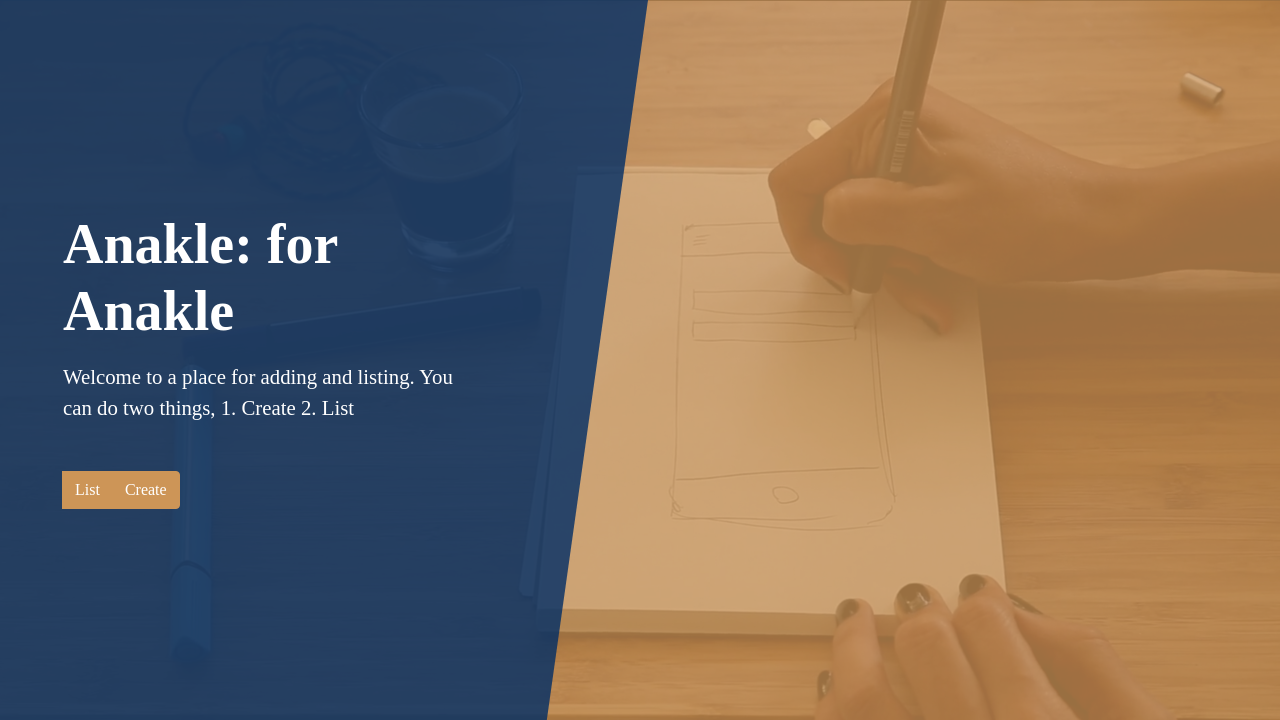
Repository: Guruscode/mega-list
Page: http://localhost/
These files come from the project's save history. The page is drawn as it stood at one moment and after the next save; the edit follows.
The browser window is 1280 px wide. The pictures show the whole page.
Some web fonts or font styles are not loaded; a fallback is used. The page is run by PHP 8.4 with error messages shown; the project is at /var/www/html/.

Above is the page before, as saved 2018-02-22 18:38:51.
Console error: TypeError: Cannot read properties of undefined (reading 'fn')

After the next save:
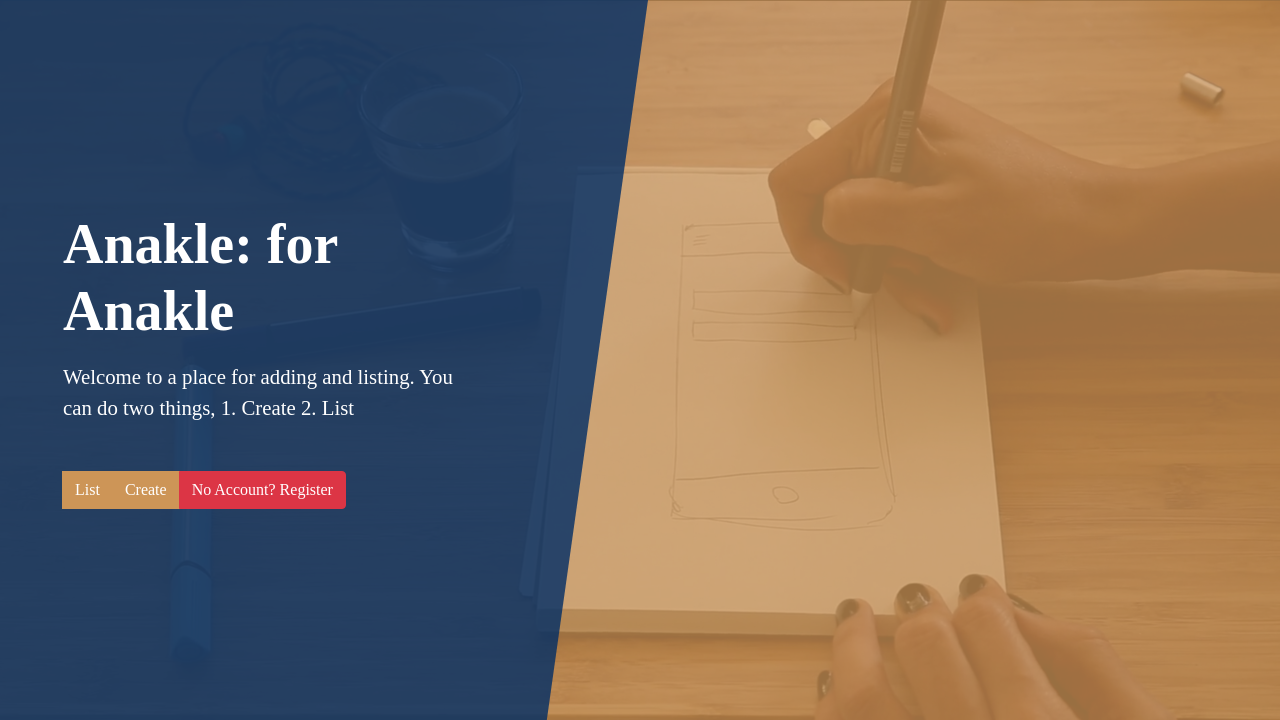
Saved 10 s later.
--- a/index.php
+++ b/index.php
@@ -31,11 +31,10 @@
                         <a onclick="checklogin()"  class="btn btn-secondary pull-right">Create</a>
                         <?php require_once('__autoload.php');
                             $session = new Session;
-                            if($session->checkUser()){
                         ?>
                         <a onclick="logout()" id="logoutbutton"  class="btn btn-danger pull-right" <?php if(!$session->checkUser()){ echo "style='display:none"; } ?>>Logout</a>
 
-                        <?php } ?>
+
 
 
                     </div>

After the 2 saves that followed:
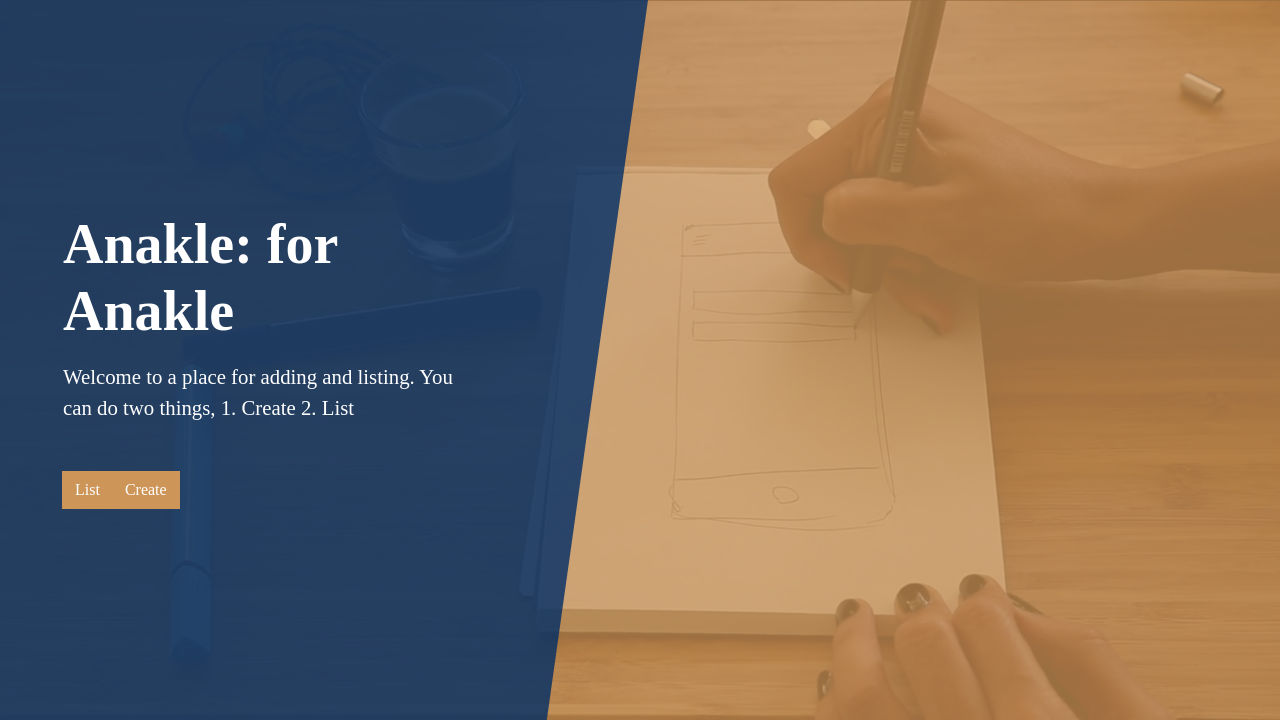
The 2 saves are shown as one change because they came seconds apart.
The last was saved 39 s later.
--- a/index.php
+++ b/index.php
@@ -32,7 +32,7 @@
                         <?php require_once('__autoload.php');
                             $session = new Session;
                         ?>
-                        <a onclick="logout()" id="logoutbutton"  class="btn btn-danger pull-right" <?php if(!$session->checkUser()){ echo "style='display:none"; } ?>>Logout</a>
+                        <a onclick="logout()" id="logoutbutton"  class="btn btn-danger pull-right" <?php if(!$session->checkUser()){ echo "style='display:none'"; } ?> >Logout</a>
 
 
 
